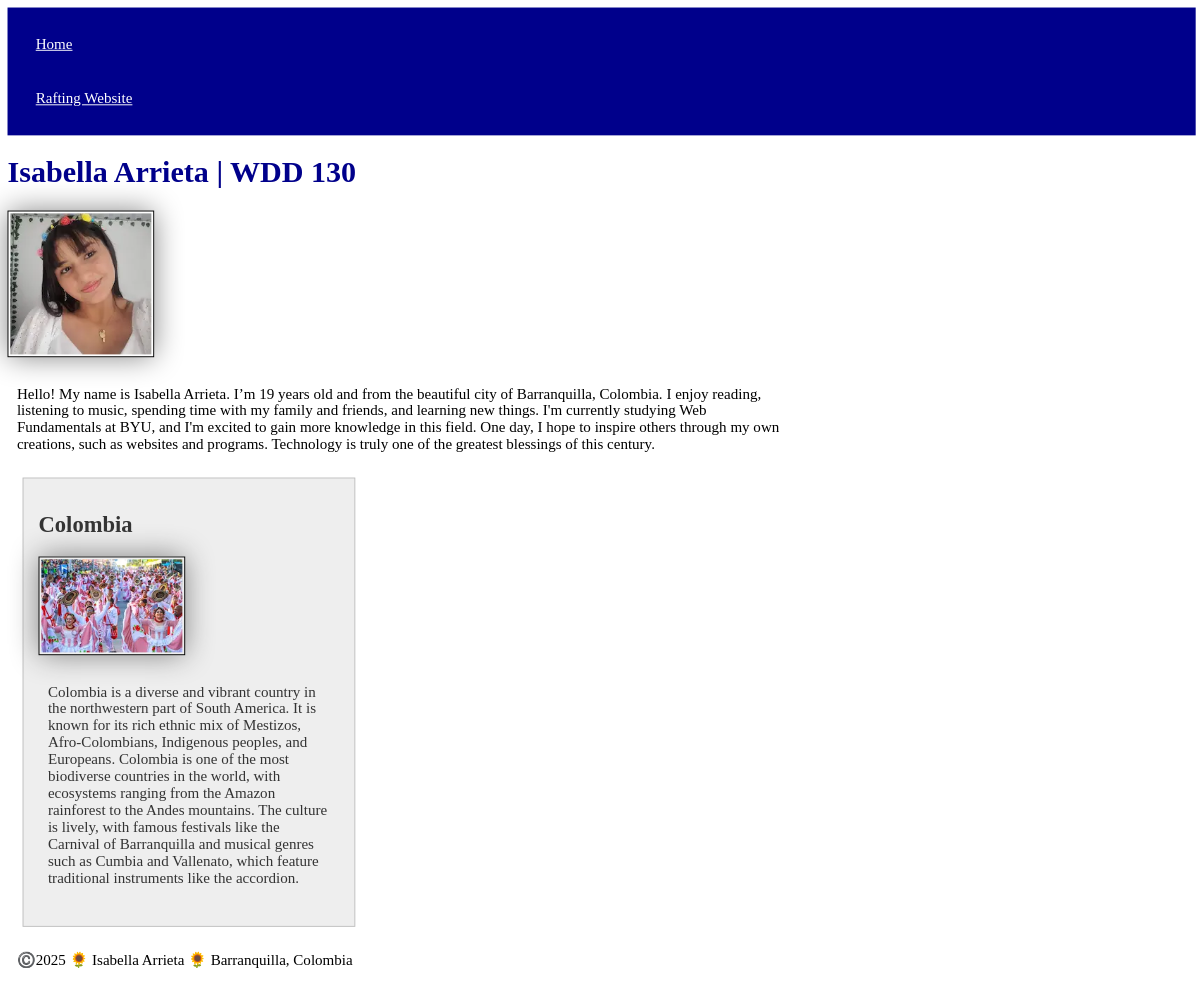
Repository: isaAJ05/wdd130
Page: index.html
These files come from the project's save history. The page is drawn as it stood at one moment and after the next save; the edit follows.
The browser window is 1280 px wide. The pictures show the whole page, at 94% of full size.

Above is the page before, as saved 2025-05-15 12:45:43.

### index.html
<!DOCTYPE html>
<html lang="en-US">
    <head>
        <meta charset="UTF-8">
        <meta name="viewport" content="width=device-width, initial-scale=1.0">
        <title>Isabella Arrieta | WDD 130</title>
        <meta name="description" content="About Isabella Arrieta">
        <meta name="author" content="Isabella Arrieta">
        <link rel="stylesheet" href="styles/styles.css">
    </head>
    <body>
        <header>
            <nav>
                <a href="#">Home</a>
                <a href="wwr/">Rafting Website</a>
            </nav>
        </header>
        <main>
            <h1>Isabella Arrieta | WDD 130</h1>
            <img src="images/profile.webp" alt="Hello, my name is Isabella Arrieta Juliao" width="200">
            <p>Hello! My name is Isabella Arrieta. I’m 19 years old and from the beautiful city of Barranquilla, Colombia. I enjoy reading, listening to music, spending time with my family and friends, and learning new things. I'm currently studying Web Fundamentals at BYU, and I'm excited to gain more knowledge in this field. One day, I hope to inspire others through my own creations, such as websites and programs. Technology is truly one of the greatest blessings of this century.</p>
        </main>
        <aside>
            <h2>Colombia</h2>
            <img src="images/cumbia.webp" alt="This is Cumbia a famous dance from Colombia" width="200">
            <p>Colombia is a diverse and vibrant country in the northwestern part of South America. It is known for its rich ethnic mix of Mestizos, Afro-Colombians, Indigenous peoples, and Europeans. Colombia is one of the most biodiverse countries in the world, with ecosystems ranging from the Amazon rainforest to the Andes mountains. The culture is lively, with famous festivals like the Carnival of Barranquilla and musical genres such as Cumbia and Vallenato, which feature traditional instruments like the accordion.</p>
        </aside>
        <footer>
            <p>©️2025 🌻 Isabella Arrieta 🌻 Barranquilla, Colombia</p>
        </footer>
    </body>
</html>

### styles/styles.css
nav {
    background-color: darkblue;
    padding: 10px;
}

nav a {
    color: white;
    display: block;
    padding: 20px;
}

h1 {
    color: darkblue;
}

img {
    width: 150px;
    height: auto;
    border: 1px solid black;
    padding: 2px;
    box-shadow: 0 0 30px gray;
}

p {
    padding: 10px;
}

main{
    max-width: 840px;
}

aside{
    width: 20rem;
    margin: 1rem;
    border: 1px solid rgb(0 0 0 / 0.2);
    padding: 1rem;
    background-color: #eee;
    color: #333;
    text-align
}

After the next save:
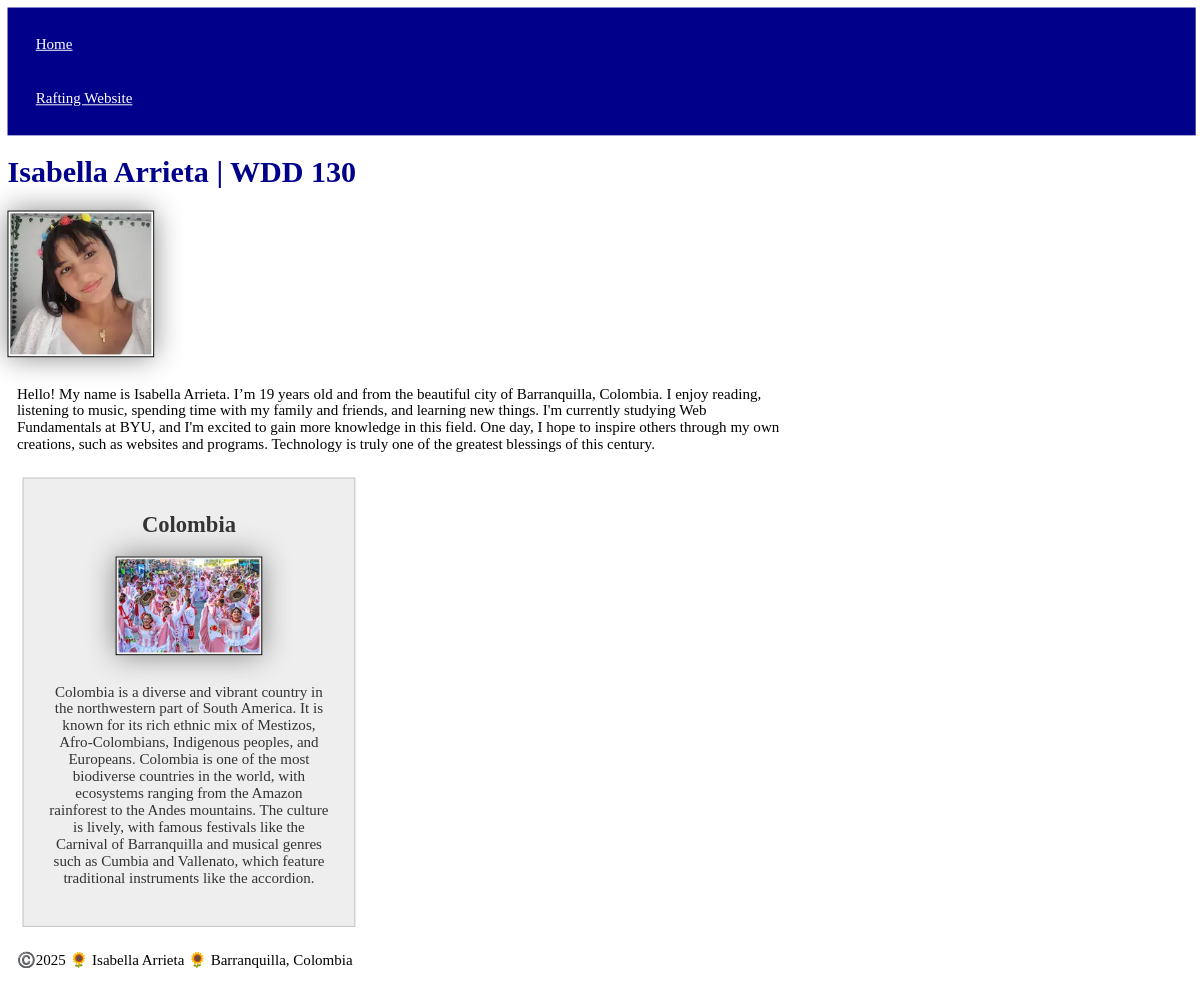
Saved 4 s later.
--- a/styles/styles.css
+++ b/styles/styles.css
@@ -36,5 +36,5 @@ aside{
     padding: 1rem;
     background-color: #eee;
     color: #333;
-    text-align
+    text-align: center;
 }
